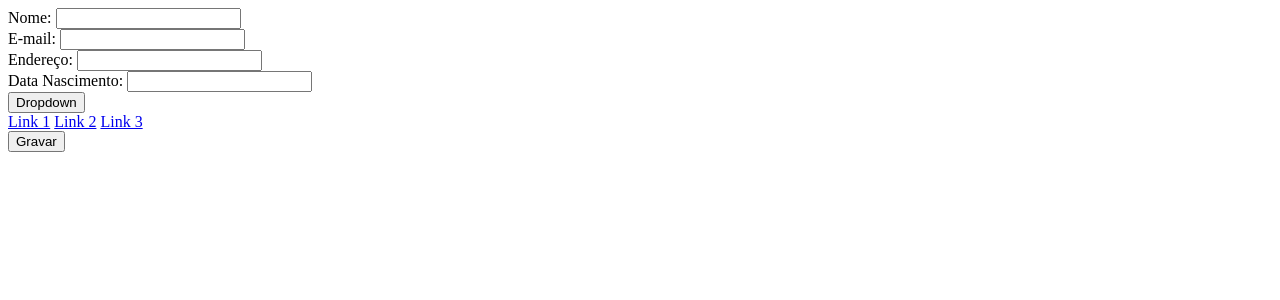
Repository: Natan16/CRUDJUSTTO
Page: CRUDJUSTTOWEB/WebContent/adiciona-advogado.html
The author's editor kept a copy of each file at every save. The page is drawn from the files as they stood at one save, then again after the next save.
The browser window is 1280 px wide. The pictures show the whole page.

Above is the page before, as saved 2019-08-31 10:30:52.

After the next save:
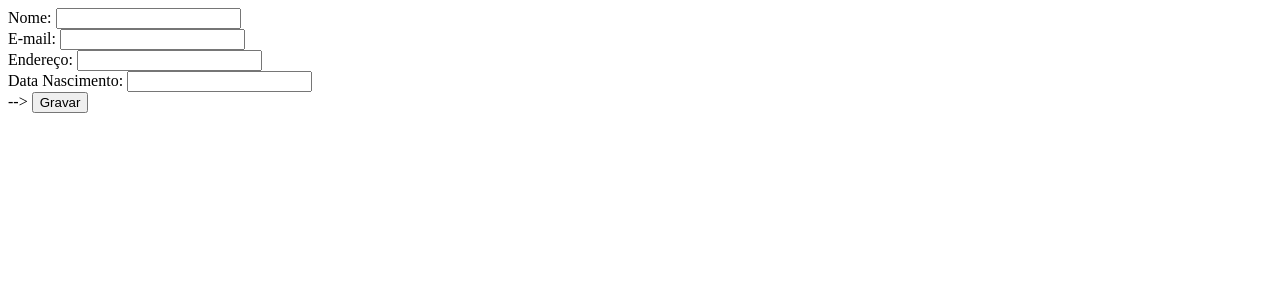
Saved 3 min 9 s later.
--- a/CRUDJUSTTOWEB/WebContent/adiciona-advogado.html
+++ b/CRUDJUSTTOWEB/WebContent/adiciona-advogado.html
@@ -5,14 +5,14 @@
              E-mail: <input type="text" name="email" /><br />
              Endereço: <input type="text" name="endereco" /><br />
              Data Nascimento: <input type="text" name="dataNascimento" /><br />
-		<div class="dropdown">
+		<!-- <!-- <div class="dropdown">
   			<button class="dropbtn">Dropdown</button>
   				<div class="dropdown-content">
     				<a href="#">Link 1</a>
     				<a href="#">Link 2</a>
     				<a href="#">Link 3</a>
   				</div>
-		</div>
+		</div> --> -->
              <input type="submit" value="Gravar" />
          </form>
      </body>
